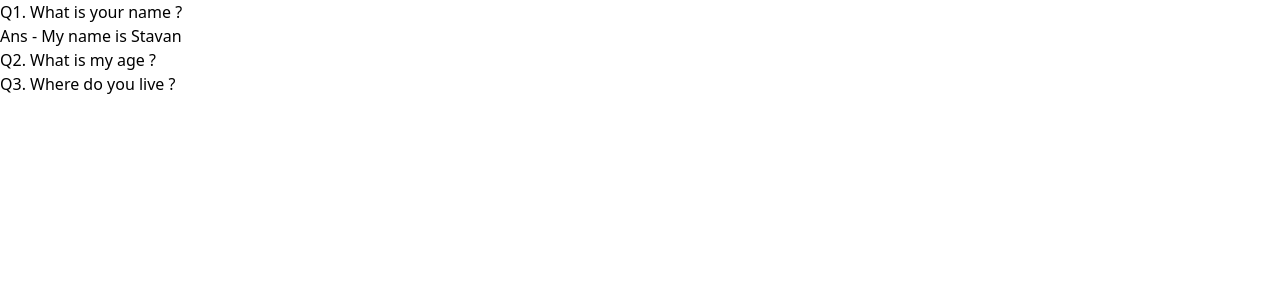
Repository: stavan30/components
Page: /
The author's editor kept a copy of each file at every save. The page is drawn from the files as they stood at one save, then again after the next save.
The browser window is 1280 px wide. The pictures show the whole page.
The project was rebuilt for these pictures with package versions that can differ from the ones it lists, and the page was loaded fresh each time.

Above is the page before, as saved 2024-03-13 02:00:25.

After the next save:
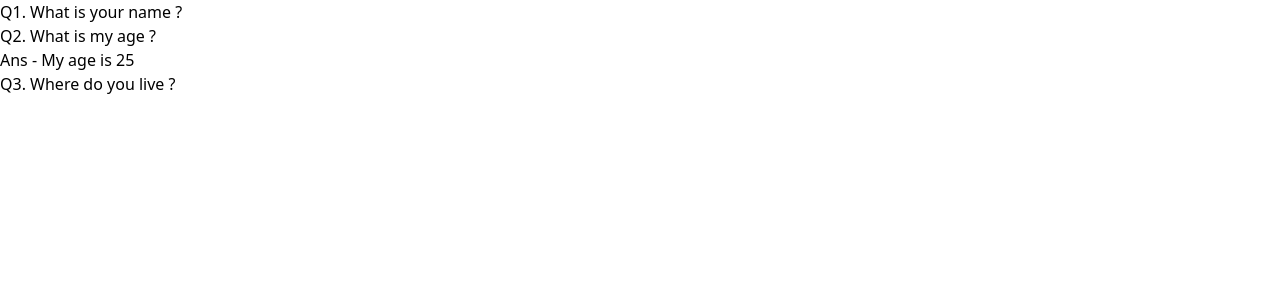
Saved 6 s later.
--- a/src/components/Accordion.js
+++ b/src/components/Accordion.js
@@ -3,7 +3,7 @@
 
 const Accordion = ({items}) => {
 
-    const [expandedIndex, setExpandedIndex] = useState(0)
+    const [expandedIndex, setExpandedIndex] = useState(1)
 
     const renderedItems = items.map((item, index)=>{
         const isExpanded = index === expandedIndex;

After the save that followed:
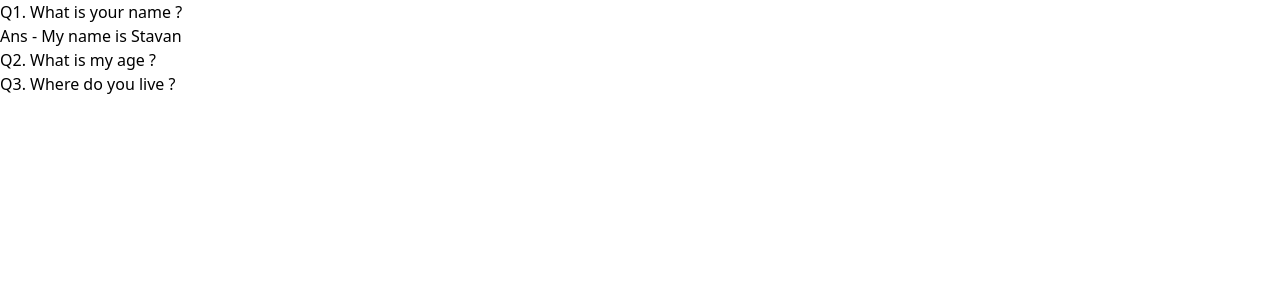
Saved 8 s later.
--- a/src/components/Accordion.js
+++ b/src/components/Accordion.js
@@ -3,7 +3,7 @@
 
 const Accordion = ({items}) => {
 
-    const [expandedIndex, setExpandedIndex] = useState(1)
+    const [expandedIndex, setExpandedIndex] = useState(0)
 
     const renderedItems = items.map((item, index)=>{
         const isExpanded = index === expandedIndex;
